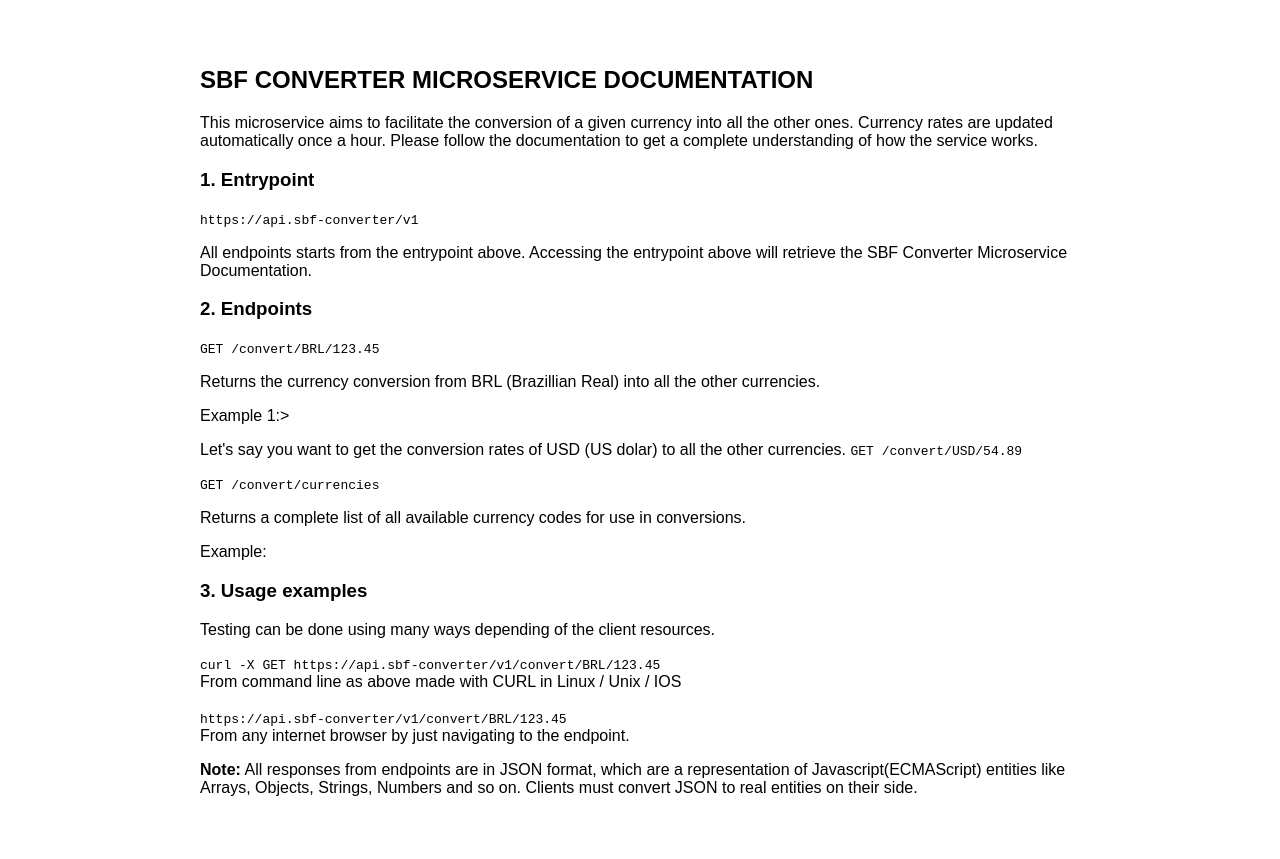
Repository: miguelamello/nestjs-restful-api
Page: documentation.html
The author's editor kept a copy of each file at every save. The page is drawn from the files as they stood at one save, then again after the next save.
The browser window is 1280 px wide. The pictures show the whole page.

Above is the page before, as saved 2023-03-21 22:33:08.

After the next save:
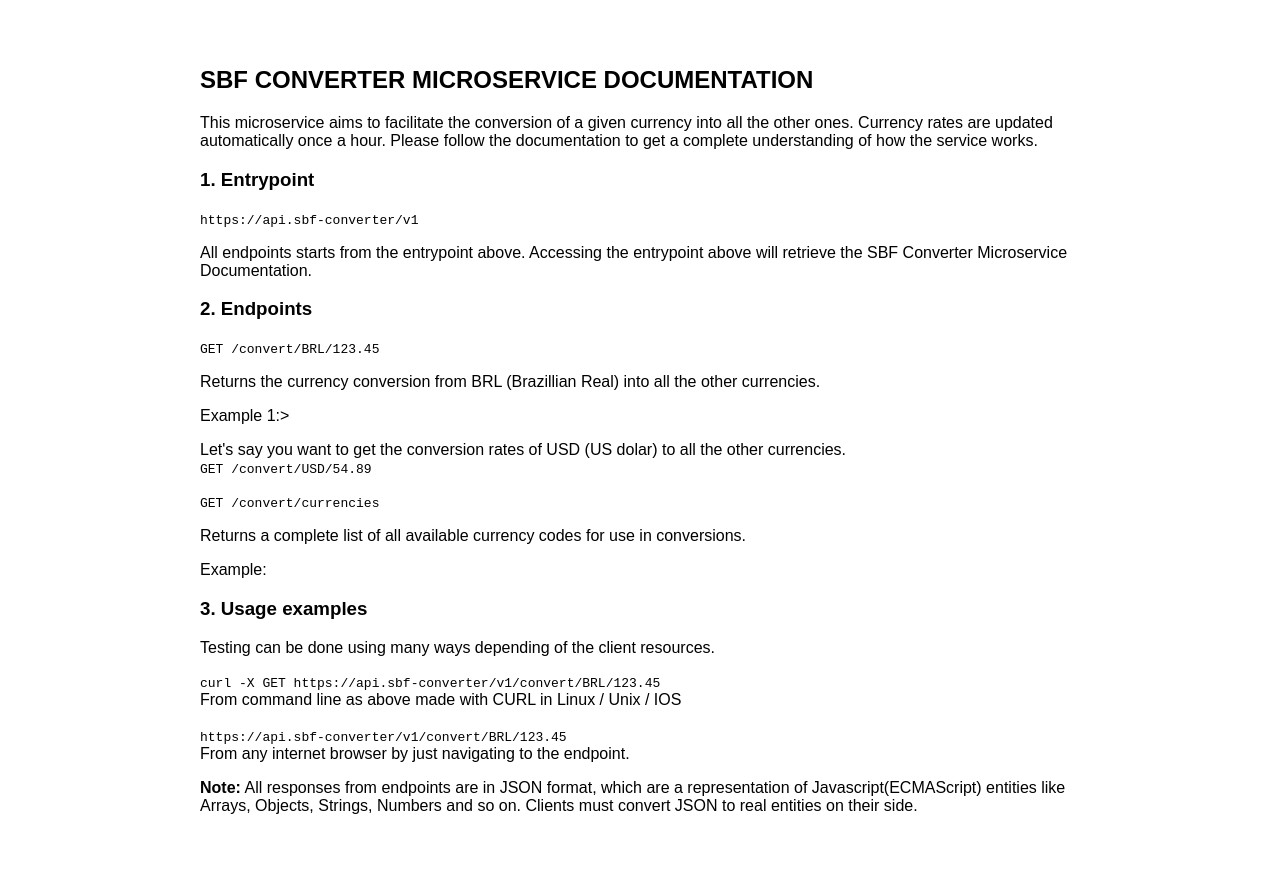
Saved 5 s later.
--- a/documentation.html
+++ b/documentation.html
@@ -33,7 +33,7 @@
     <div>Returns the currency conversion from BRL (Brazillian Real) into all the other currencies.</div>
 
     <p>Example 1:></p>
-    <div></div>Let's say you want to get the conversion rates of USD (US dolar) to all the other currencies.
+    <div>Let's say you want to get the conversion rates of USD (US dolar) to all the other currencies.</div>
     <code>GET /convert/USD/54.89</code>
   </p>
 
